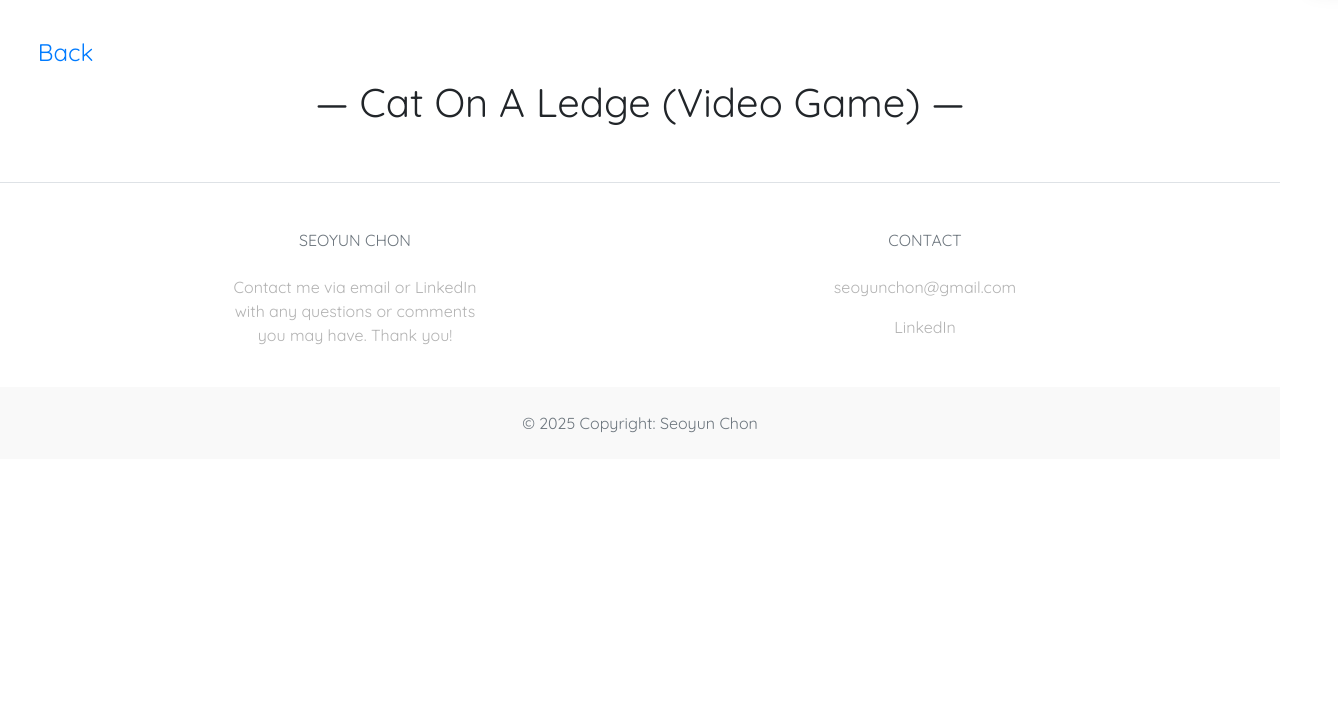
Repository: schon02/seoyun-chon-portfolio
Page: projects_catonaledge_page.html
The author's editor kept a copy of each file at every save. The page is drawn from the files as they stood at one save, then again after the next save.
The browser window is 1280 px wide. The page is 1338 px wide, so the pictures cover 1338 px, including what lies to the right of the window. The pictures show the part of the page from y = 720 to 1440 px (the page is 1440 px tall).

Above is the page before, as saved 2025-01-31 16:48:11.

### projects_catonaledge_page.html
<!DOCTYPE html>
<html>
    <head>
        <!-- <link href="style.css" rel="stylesheet" /> -->

        <!-- Required meta tags -->
        <meta charset="utf-8">
        <meta name="viewport" content="width=device-width, initial-scale=1, shrink-to-fit=no">

        <link href="https://fonts.googleapis.com/css?family=Quicksand:400,600,700&display=swap" rel="stylesheet">

        <link rel="stylesheet" href="fonts/icomoon/style.css">

        <link rel="stylesheet" href="css/owl.carousel.min.css">

        <!-- Bootstrap CSS -->
        <link rel="stylesheet" href="css/bootstrap.min.css">

        <!-- Style -->
        <link rel="stylesheet" href="css/style.css">

        <title>Home Page</title>

    </head>

    <body>
        <!-- <header>
            <nav>
                <ul>
                    <li><a class="active" href="index.html">Home</a></li>
                    <li><a href="services_page.html">Services</a></li>
                    <li><a href="contact_page.html">Contact</a></li>
                </ul>
            </nav>
        </header> -->

        <div class="site-mobile-menu site-navbar-target">
            <div class="site-mobile-menu-header">
              <div class="site-mobile-menu-close mt-3">
                <span class="icon-close2 js-menu-toggle"></span>
              </div>
            </div>
            <div class="site-mobile-menu-body"></div>
          </div> <!-- .site-mobile-menu -->

        <div class="site-navbar-wrap">
            <div class="site-navbar-top">
              <div class="container py-3">
                <div class="row align-items-center">
                  <div class="col-6">
                    <div class="d-flex mr-auto">
                      <a href="#" class="d-flex align-items-center mr-4">
                        <span class="icon-envelope mr-2"></span>
                        <span class="d-none d-md-inline-block">seoyunchon@gmail.com</span>
                      </a>
                      <!-- <a href="#" class="d-flex align-items-center mr-auto">
                        <span class="icon-phone mr-2"></span>
                        <span class="d-none d-md-inline-block">+1 234 4567 8910</span>
                      </a> -->
                    </div>
                  </div>
                  <div class="col-6 text-right">
                    <div class="mr-auto">
                      <!-- <a href="#" class="p-2 pl-0"><span class="icon-twitter"></span></a> -->
                      <!-- <a href="#" class="p-2 pl-0"><span class="icon-facebook"></span></a> -->
                      <a href="https://www.linkedin.com/in/seoyun-chon/" class="p-2 pl-0"><span class="icon-linkedin"></span></a>
                      <!-- <a href="#" class="p-2 pl-0"><span class="icon-instagram"></span></a> -->
                    </div>

                  </div>
                </div>
              </div>
            </div>

            <div class="site-navbar site-navbar-target js-sticky-header">
              <div class="container">
                <div class="row align-items-center">
                  <div class="col-2">
                    <h1 class="my-0 site-logo"><a href="index.html">Seoyun&nbsp;Chon</a></h1>
                  </div>
                  <div class="col-10">
                    <nav class="site-navigation text-right" role="navigation">
                      <div class="container">
                        <div class="d-inline-block d-lg-none ml-md-0 mr-auto py-3"><a href="#" class="site-menu-toggle js-menu-toggle text-white"><span class="icon-menu h3"></span></a></div>

                        <ul class="site-menu main-menu js-clone-nav d-none d-lg-block">
                          <li><a href="index.html" class="nav-link">Home</a></li>
                          <li class="active"><a href="projects_page.html" class="nav-link">Projects</a></li>
                          <li class="has-children">
                            <a href="#" class="nav-link">Pages</a>
                            <ul class="dropdown arrow-top">
                              <li><a href="#" class="nav-link">Team</a></li>
                              <li><a href="#" class="nav-link">Pricing</a></li>
                              <li><a href="#" class="nav-link">FAQ</a></li>
                              <li class="has-children">
                                <a href="#">More Links</a>
                                <ul class="dropdown">
                                  <li><a href="#">Menu One</a></li>
                                  <li><a href="#">Menu Two</a></li>
                                  <li><a href="#">Menu Three</a></li>
                                </ul>
                              </li>
                            </ul>
                          </li>
                          <!-- <li><a href="#about-section" class="nav-link">About</a></li> -->
                          <li><a href="resume_page.html" class="nav-link">Resume</a></li>
                          <!-- <li><a href="#gallery-section" class="nav-link">Gallery</a></li> -->
                          <li><a href="contact_page.html" class="nav-link">Contact</a></li>
                        </ul>
                      </div>
                    </nav>
                  </div>
                </div>
              </div>
            </div>
          </div>


          <div class="hero" style="background-image: url('images/s2k2.JPG');"></div>

          <div style="padding-top: 1cm; padding-left: 1cm;">
            <a href="projects_page.html">
              <h4>Back</h4>
            </a>
          </div>

        <div class="text-center" style="padding-top: 0.1cm;">
          <h1>— Cat On A Ledge (Video Game) —</h1>
        </div>





        <script src="js/jquery-3.3.1.min.js"></script>
        <script src="js/popper.min.js"></script>
        <script src="js/bootstrap.min.js"></script>
        <script src="js/jquery.sticky.js"></script>
        <script src="js/main.js"></script>

    </body>

<!-- Footer -->
<footer class="text-center text-lg-start bg-white text-muted">

  <section class="d-flex justify-content-center justify-content-lg-between p-4 border-bottom">
  </section>

  <!-- Section: Links  -->
  <section class="">
    <div class="container text-center text-md-start mt-5">
      <!-- Grid row -->
      <div class="row mt-3">
        <!-- Grid column -->
        <div class="col-md-3 col-lg-4 col-xl-3 mx-auto mb-4">
          <!-- Content -->
          <h6 class="text-uppercase fw-bold mb-4">
            <i class="fas fa-gem me-3 text-secondary"></i>Seoyun Chon
          </h6>
          <p>
            Contact me via email or LinkedIn with any questions or comments you may have. Thank you!
          </p>
        </div>
        <!-- Grid column -->

        <!-- Grid column -->
        <div class="col-md-4 col-lg-3 col-xl-3 mx-auto mb-md-0 mb-4">
          <!-- Links -->
          <h6 class="text-uppercase fw-bold mb-4">Contact</h6>
          <p><i class="fas fa-home me-3 text-secondary"></i> seoyunchon@gmail.com</p>
          <p>
            <i class="fas fa-envelope me-3 text-secondary"></i>
            <a href="https://www.linkedin.com/in/seoyun-chon/" class="text-reset"> LinkedIn </a>
          </p>
        </div>
        <!-- Grid column -->
      </div>
      <!-- Grid row -->
    </div>
  </section>
  <!-- Section: Links  -->

  <!-- Copyright -->
  <div class="text-center p-4" style="background-color: rgba(0, 0, 0, 0.025);">
    © 2025 Copyright:
    <a class="text-reset fw-bold" href="https://mdbootstrap.com/">Seoyun Chon</a>
  </div>
  <!-- Copyright -->
</footer>
<!-- Footer -->


</html>

### css/style.css
body {
  font-family: "Quicksand", -apple-system, BlinkMacSystemFont, "Segoe UI", Roboto, "Helvetica Neue", Arial, "Noto Sans", sans-serif, "Apple Color Emoji", "Segoe UI Emoji", "Segoe UI Symbol", "Noto Color Emoji";
  background-color: #fff;
  height: 200vh;
  position: relative; }
  body:before {
    content: "";
    position: absolute;
    top: 0;
    left: 0;
    right: 0;
    bottom: 0;
    background: rgba(0, 0, 0, 0.5);
    -webkit-transition: .3s all ease;
    -o-transition: .3s all ease;
    transition: .3s all ease;
    opacity: 0;
    visibility: hidden;
    z-index: 1; }
  body.offcanvas-menu:before {
    opacity: 1;
    z-index: 1002;
    visibility: visible; }

p {
  color: #b3b3b3;
  font-weight: 300; }

h1, h2, h3, h4, h5, h6,
.h1, .h2, .h3, .h4, .h5, .h6 {
  font-family: "Quicksand", -apple-system, BlinkMacSystemFont, "Segoe UI", Roboto, "Helvetica Neue", Arial, "Noto Sans", sans-serif, "Apple Color Emoji", "Segoe UI Emoji", "Segoe UI Symbol", "Noto Color Emoji"; }

h5 {
  margin: 0 auto; /* center element horizontally */
  text-align: center;
  width: 60%;
  color: #666;
  /* overflow: hidden; */
  /* text-overflow: ellipsis; */
  /* white-space: nowrap; */
  /* background:#666; */
}

a {
  -webkit-transition: .3s all ease;
  -o-transition: .3s all ease;
  transition: .3s all ease; }
  a, a:hover {
    text-decoration: none !important; }

.hero {
  height: 100vh;
  width: 100%;
  background-size: cover;
  background-position: center center;
  background-repeat: no-repeat; }

.site-navbar-wrap {
  position: absolute;
  z-index: 99;
  width: 100%;
  left: 0; }
  .site-navbar-wrap a {
    color: #fff; }
  .site-navbar-wrap .site-navbar-top {
    font-size: 0.8rem; }

.site-navbar-top {
  border-bottom: 1px solid rgba(255, 255, 255, 0.4); }

.site-navbar {
  margin-bottom: 0px;
  width: 100%; }
  .site-navbar .site-logo {
    font-weight: 200;
    line-height: 0;
    top: -7px;
    position: relative; }
    .site-navbar .site-logo a {
      font-weight: 200;
      color: #fff;
      font-size: 20px;
      font-weight: bold;
      text-transform: uppercase; }
  .site-navbar .site-navigation .site-menu {
    margin-bottom: 0; }
    .site-navbar .site-navigation .site-menu a {
      text-decoration: none !important;
      display: inline-block;
      font-weight: 500; }
    .site-navbar .site-navigation .site-menu > li {
      display: inline-block;
      padding: 10px 5px; }
      .site-navbar .site-navigation .site-menu > li > a {
        padding: 20px 10px;
        color: rgba(255, 255, 255, 0.6);
        font-size: 15px;
        text-decoration: none !important; }
        .site-navbar .site-navigation .site-menu > li > a.active {
          color: #fff; }
        .site-navbar .site-navigation .site-menu > li > a:hover {
          color: #fff; }
      .site-navbar .site-navigation .site-menu > li:last-child {
        padding-right: 0; }
        .site-navbar .site-navigation .site-menu > li:last-child > a {
          padding-right: 0; }
    .site-navbar .site-navigation .site-menu .has-children {
      position: relative; }
      .site-navbar .site-navigation .site-menu .has-children > a {
        position: relative;
        padding-right: 20px; }
        .site-navbar .site-navigation .site-menu .has-children > a:before {
          position: absolute;
          content: "\e313";
          font-size: 16px;
          top: 50%;
          right: 0;
          -webkit-transform: translateY(-50%);
          -ms-transform: translateY(-50%);
          transform: translateY(-50%);
          font-family: 'icomoon'; }
      .site-navbar .site-navigation .site-menu .has-children .dropdown {
        visibility: hidden;
        opacity: 0;
        top: 100%;
        position: absolute;
        text-align: left;
        -webkit-box-shadow: 0 0px 4px 0px rgba(0, 0, 0, 0.25);
        box-shadow: 0 0px 4px 0px rgba(0, 0, 0, 0.25);
        padding: 0px 0;
        margin-top: 20px;
        margin-left: 0px;
        background: #fff;
        -webkit-transition: 0.2s 0s;
        -o-transition: 0.2s 0s;
        transition: 0.2s 0s;
        border-radius: 4px; }
        .site-navbar .site-navigation .site-menu .has-children .dropdown.arrow-top {
          position: absolute; }
          .site-navbar .site-navigation .site-menu .has-children .dropdown.arrow-top:before {
            bottom: 100%;
            left: 20%;
            border: solid transparent;
            content: " ";
            height: 0;
            width: 0;
            position: absolute;
            pointer-events: none; }
          .site-navbar .site-navigation .site-menu .has-children .dropdown.arrow-top:before {
            border-color: rgba(136, 183, 213, 0);
            border-bottom-color: #fff;
            border-width: 10px;
            margin-left: -10px; }
        .site-navbar .site-navigation .site-menu .has-children .dropdown a {
          font-size: 14px;
          text-transform: none;
          letter-spacing: normal;
          -webkit-transition: 0s all;
          -o-transition: 0s all;
          transition: 0s all;
          color: #343a40; }
          .site-navbar .site-navigation .site-menu .has-children .dropdown a.active {
            color: black; }
        .site-navbar .site-navigation .site-menu .has-children .dropdown .active > a {
          color: #fff !important; }
        .site-navbar .site-navigation .site-menu .has-children .dropdown > li {
          list-style: none;
          padding: 0;
          margin: 0;
          min-width: 200px; }
          .site-navbar .site-navigation .site-menu .has-children .dropdown > li:first-child > a {
            border-top-left-radius: 4px;
            border-top-right-radius: 4px; }
          .site-navbar .site-navigation .site-menu .has-children .dropdown > li:last-child > a {
            border-bottom-left-radius: 4px;
            border-bottom-right-radius: 4px; }
          .site-navbar .site-navigation .site-menu .has-children .dropdown > li > a {
            padding: 9px 20px;
            display: block; }
            .site-navbar .site-navigation .site-menu .has-children .dropdown > li > a:hover {
              background: #ebeef0;
              color: #212529; }
          .site-navbar .site-navigation .site-menu .has-children .dropdown > li.has-children > a:before {
            content: "\e315";
            right: 20px; }
          .site-navbar .site-navigation .site-menu .has-children .dropdown > li.has-children > .dropdown, .site-navbar .site-navigation .site-menu .has-children .dropdown > li.has-children > ul {
            left: 100%;
            top: 0; }
          .site-navbar .site-navigation .site-menu .has-children .dropdown > li.has-children:hover > a, .site-navbar .site-navigation .site-menu .has-children .dropdown > li.has-children:active > a, .site-navbar .site-navigation .site-menu .has-children .dropdown > li.has-children:focus > a {
            background: #ebeef0;
            color: #212529; }
      .site-navbar .site-navigation .site-menu .has-children:hover > a, .site-navbar .site-navigation .site-menu .has-children:focus > a, .site-navbar .site-navigation .site-menu .has-children:active > a {
        color: #fff; }
      .site-navbar .site-navigation .site-menu .has-children:hover, .site-navbar .site-navigation .site-menu .has-children:focus, .site-navbar .site-navigation .site-menu .has-children:active {
        cursor: pointer; }
        .site-navbar .site-navigation .site-menu .has-children:hover > .dropdown, .site-navbar .site-navigation .site-menu .has-children:focus > .dropdown, .site-navbar .site-navigation .site-menu .has-children:active > .dropdown {
          -webkit-transition-delay: 0s;
          -o-transition-delay: 0s;
          transition-delay: 0s;
          margin-top: 0px;
          visibility: visible;
          opacity: 1; }

.site-mobile-menu {
  width: 300px;
  position: fixed;
  right: 0;
  z-index: 2000;
  padding-top: 20px;
  background: #fff;
  height: calc(100vh);
  -webkit-transform: translateX(110%);
  -ms-transform: translateX(110%);
  transform: translateX(110%);
  -webkit-box-shadow: -10px 0 20px -10px rgba(0, 0, 0, 0.1);
  box-shadow: -10px 0 20px -10px rgba(0, 0, 0, 0.1);
  -webkit-transition: .3s all ease-in-out;
  -o-transition: .3s all ease-in-out;
  transition: .3s all ease-in-out; }
  .offcanvas-menu .site-mobile-menu {
    -webkit-transform: translateX(0%);
    -ms-transform: translateX(0%);
    transform: translateX(0%); }
  .site-mobile-menu .site-mobile-menu-header {
    width: 100%;
    float: left;
    padding-left: 20px;
    padding-right: 20px; }
    .site-mobile-menu .site-mobile-menu-header .site-mobile-menu-close {
      float: right;
      margin-top: 8px; }
      .site-mobile-menu .site-mobile-menu-header .site-mobile-menu-close span {
        font-size: 30px;
        display: inline-block;
        padding-left: 10px;
        padding-right: 0px;
        line-height: 1;
        cursor: pointer;
        -webkit-transition: .3s all ease;
        -o-transition: .3s all ease;
        transition: .3s all ease; }
        .site-mobile-menu .site-mobile-menu-header .site-mobile-menu-close span:hover {
          color: #dee2e6; }
    .site-mobile-menu .site-mobile-menu-header .site-mobile-menu-logo {
      float: left;
      margin-top: 10px;
      margin-left: 0px; }
      .site-mobile-menu .site-mobile-menu-header .site-mobile-menu-logo a {
        display: inline-block;
        text-transform: uppercase; }
        .site-mobile-menu .site-mobile-menu-header .site-mobile-menu-logo a img {
          max-width: 70px; }
        .site-mobile-menu .site-mobile-menu-header .site-mobile-menu-logo a:hover {
          text-decoration: none; }
  .site-mobile-menu .site-mobile-menu-body {
    overflow-y: scroll;
    -webkit-overflow-scrolling: touch;
    position: relative;
    padding: 20px;
    height: calc(100vh - 52px);
    padding-bottom: 150px; }
  .site-mobile-menu .site-nav-wrap {
    padding: 0;
    margin: 0;
    list-style: none;
    position: relative; }
    .site-mobile-menu .site-nav-wrap a {
      padding: 10px 20px;
      display: block;
      position: relative;
      color: #212529; }
      .site-mobile-menu .site-nav-wrap a.active, .site-mobile-menu .site-nav-wrap a:hover {
        color: black; }
    .site-mobile-menu .site-nav-wrap li {
      position: relative;
      display: block; }
      .site-mobile-menu .site-nav-wrap li.active > a {
        color: black; }
    .site-mobile-menu .site-nav-wrap .arrow-collapse {
      position: absolute;
      right: 0px;
      top: 10px;
      z-index: 20;
      width: 36px;
      height: 36px;
      text-align: center;
      cursor: pointer;
      border-radius: 50%; }
      .site-mobile-menu .site-nav-wrap .arrow-collapse:hover {
        background: #f8f9fa; }
      .site-mobile-menu .site-nav-wrap .arrow-collapse:before {
        font-size: 12px;
        z-index: 20;
        font-family: "icomoon";
        content: "\f078";
        position: absolute;
        top: 50%;
        left: 50%;
        -webkit-transform: translate(-50%, -50%) rotate(-180deg);
        -ms-transform: translate(-50%, -50%) rotate(-180deg);
        transform: translate(-50%, -50%) rotate(-180deg);
        -webkit-transition: .3s all ease;
        -o-transition: .3s all ease;
        transition: .3s all ease; }
      .site-mobile-menu .site-nav-wrap .arrow-collapse.collapsed:before {
        -webkit-transform: translate(-50%, -50%);
        -ms-transform: translate(-50%, -50%);
        transform: translate(-50%, -50%); }
    .site-mobile-menu .site-nav-wrap > li {
      display: block;
      position: relative;
      float: left;
      width: 100%; }
      .site-mobile-menu .site-nav-wrap > li > a {
        padding-left: 20px;
        font-size: 20px; }
      .site-mobile-menu .site-nav-wrap > li > ul {
        padding: 0;
        margin: 0;
        list-style: none; }
        .site-mobile-menu .site-nav-wrap > li > ul > li {
          display: block; }
          .site-mobile-menu .site-nav-wrap > li > ul > li > a {
            padding-left: 40px;
            font-size: 16px; }
          .site-mobile-menu .site-nav-wrap > li > ul > li > ul {
            padding: 0;
            margin: 0; }
            .site-mobile-menu .site-nav-wrap > li > ul > li > ul > li {
              display: block; }
              .site-mobile-menu .site-nav-wrap > li > ul > li > ul > li > a {
                font-size: 16px;
                padding-left: 60px; }

.sticky-wrapper {
  position: absolute;
  z-index: 100;
  width: 100%; }
  .sticky-wrapper + .site-blocks-cover {
    margin-top: 96px; }
  .sticky-wrapper .site-navbar {
    -webkit-transition: .3s all ease;
    -o-transition: .3s all ease;
    transition: .3s all ease; }
    .sticky-wrapper .site-navbar ul li.active a {
      color: #fff; }
  .sticky-wrapper.is-sticky .site-navbar {
    background-color: black; }
    .sticky-wrapper.is-sticky .site-navbar .site-navigation .site-menu > li {
      display: inline-block;
      padding: 10px 5px; }
      .sticky-wrapper.is-sticky .site-navbar .site-navigation .site-menu > li:last-child {
        padding-right: 0; }
        .sticky-wrapper.is-sticky .site-navbar .site-navigation .site-menu > li:last-child > a {
          padding-right: 0; }
      .sticky-wrapper.is-sticky .site-navbar .site-navigation .site-menu > li.has-children > a {
        padding-right: 20px; }
      .sticky-wrapper.is-sticky .site-navbar .site-navigation .site-menu > li > a {
        padding: 10px 10px;
        color: rgba(255, 255, 255, 0.6);
        font-size: 15px; }
        .sticky-wrapper.is-sticky .site-navbar .site-navigation .site-menu > li > a:hover {
          color: #fff !important; }
        .sticky-wrapper.is-sticky .site-navbar .site-navigation .site-menu > li > a.active {
          color: #fff !important; }
      .sticky-wrapper.is-sticky .site-navbar .site-navigation .site-menu > li.active a {
        color: #fff; }





/* ---------------------stuff for text columns --------------------------- */

* {
  box-sizing: border-box;
}

/* Create two unequal columns that floats next to each other */
.column {
  float: left;
  padding: 10px;
}

.left {
  width: 35%;
}

.right {
  width: 65%;
}

/* Clear floats after the columns */
.row:after {
  content: "";
  display: table;
  clear: both;
}


/* ---------------------stuff for image gallery --------------------------- */

div.gallery {
  border: 1px solid rgb(255, 255, 255);
}

div.gallery:hover {
  border: 1px solid rgb(228, 228, 228);
}

div.gallery img {
  width: 100%;
  height: auto;
}

div.desc {
  padding: 15px;
  text-align: center;
}

* {
  box-sizing: border-box;
}

.responsive {
  padding: 0 6px;
  float: left;
  width: 24.99999%;
}

@media only screen and (max-width: 700px) {
  .responsive {
    width: 100%;
    margin: 6px 0;
  }
}

@media only screen and (max-width: 500px) {
  .responsive {
    width: 100%;
  }
}

.clearfix:after {
  content: "";
  display: table;
  clear: both;
}

### js/main.js
$(function() {

  var siteSticky = function() {
		$(".js-sticky-header").sticky({topSpacing:0});
	};
	siteSticky();

	var siteMenuClone = function() {

		$('.js-clone-nav').each(function() {
			var $this = $(this);
			$this.clone().attr('class', 'site-nav-wrap').appendTo('.site-mobile-menu-body');
		});


		setTimeout(function() {

			var counter = 0;
      $('.site-mobile-menu .has-children').each(function(){
        var $this = $(this);

        $this.prepend('<span class="arrow-collapse collapsed">');

        $this.find('.arrow-collapse').attr({
          'data-toggle' : 'collapse',
          'data-target' : '#collapseItem' + counter,
        });

        $this.find('> ul').attr({
          'class' : 'collapse',
          'id' : 'collapseItem' + counter,
        });

        counter++;

      });

    }, 1000);

		$('body').on('click', '.arrow-collapse', function(e) {
      var $this = $(this);
      if ( $this.closest('li').find('.collapse').hasClass('show') ) {
        $this.removeClass('active');
      } else {
        $this.addClass('active');
      }
      e.preventDefault();

    });

		$(window).resize(function() {
			var $this = $(this),
				w = $this.width();

			if ( w > 768 ) {
				if ( $('body').hasClass('offcanvas-menu') ) {
					$('body').removeClass('offcanvas-menu');
				}
			}
		})

		$('body').on('click', '.js-menu-toggle', function(e) {
			var $this = $(this);
			e.preventDefault();

			if ( $('body').hasClass('offcanvas-menu') ) {
				$('body').removeClass('offcanvas-menu');
				$this.removeClass('active');
			} else {
				$('body').addClass('offcanvas-menu');
				$this.addClass('active');
			}
		})

		// click outisde offcanvas
		$(document).mouseup(function(e) {
	    var container = $(".site-mobile-menu");
	    if (!container.is(e.target) && container.has(e.target).length === 0) {
	      if ( $('body').hasClass('offcanvas-menu') ) {
					$('body').removeClass('offcanvas-menu');
				}
	    }
		});
	};
	siteMenuClone();

});

Loaded but not shown: fonts/icomoon/style.css (common file); css/owl.carousel.min.css (library); css/bootstrap.min.css (library); js/jquery-3.3.1.min.js (library); js/popper.min.js (library); js/bootstrap.min.js (library); js/jquery.sticky.js (library)

After the next save:
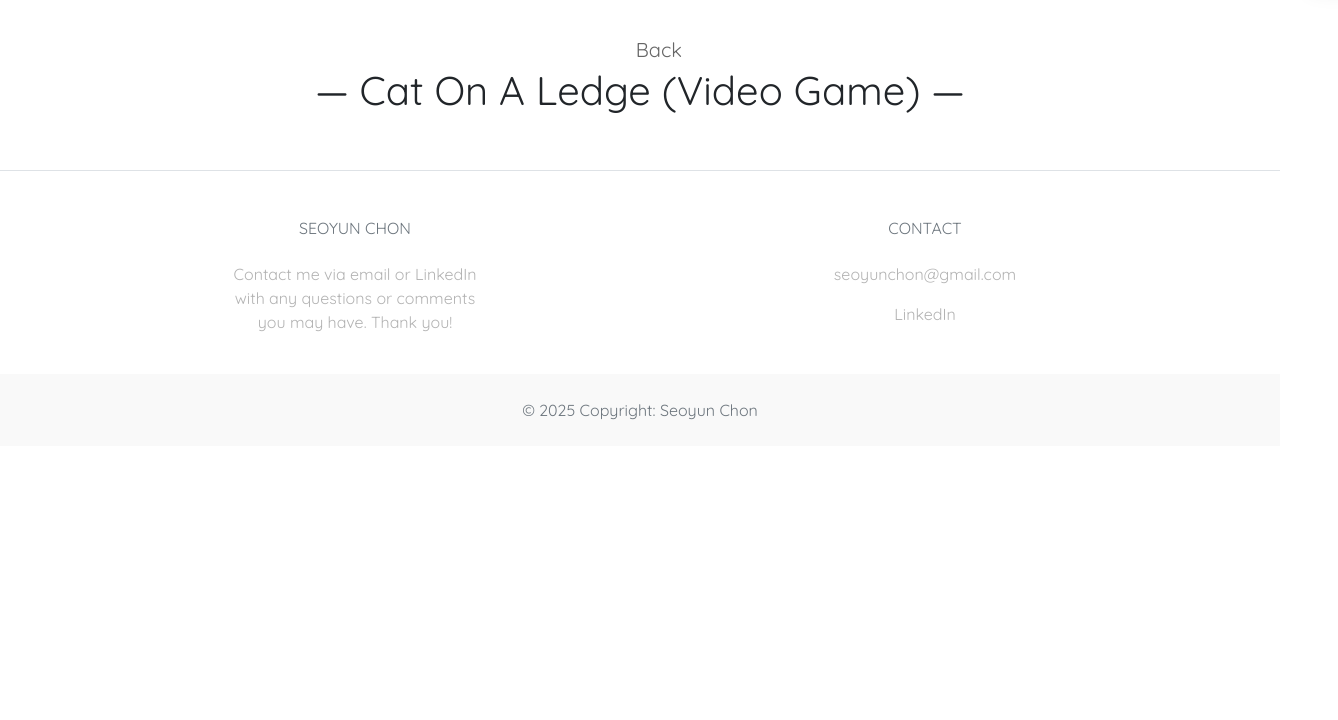
Saved 118 s later.
--- a/projects_catonaledge_page.html
+++ b/projects_catonaledge_page.html
@@ -120,7 +120,7 @@
 
           <div style="padding-top: 1cm; padding-left: 1cm;">
             <a href="projects_page.html">
-              <h4>Back</h4>
+              <h5>Back</h5>
             </a>
           </div>
 
